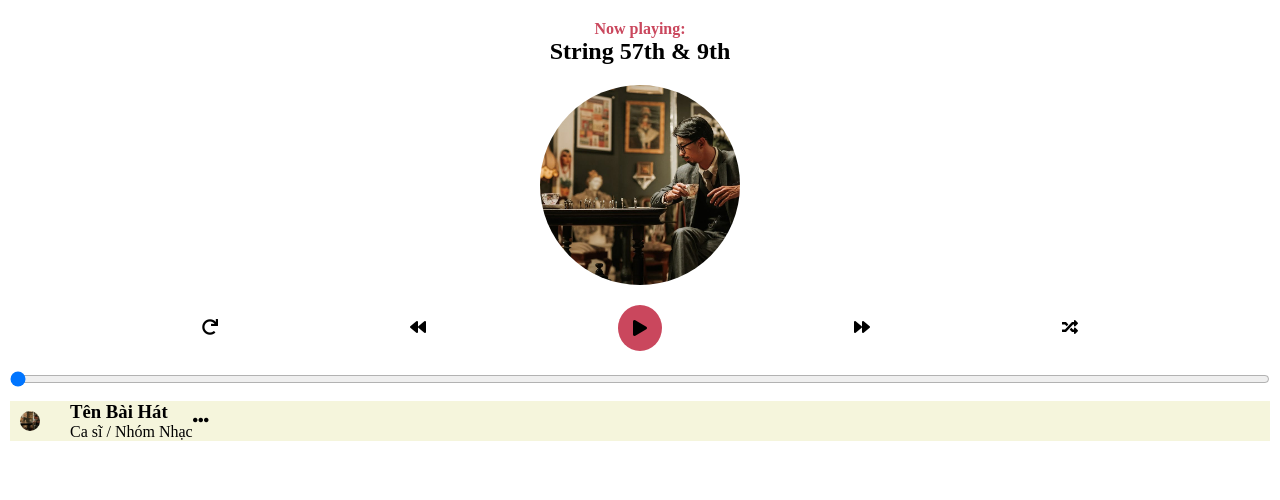
Repository: dovanthao2404/AppMusicPlayer
Page: index.html
An editor plug-in stored every save of this project. The page is shown before and after the next save, followed by the edit.
The browser window is 1280 px wide. The pictures show the whole page.

Above is the page before, as saved 2021-06-28 02:31:15.

After the next save:
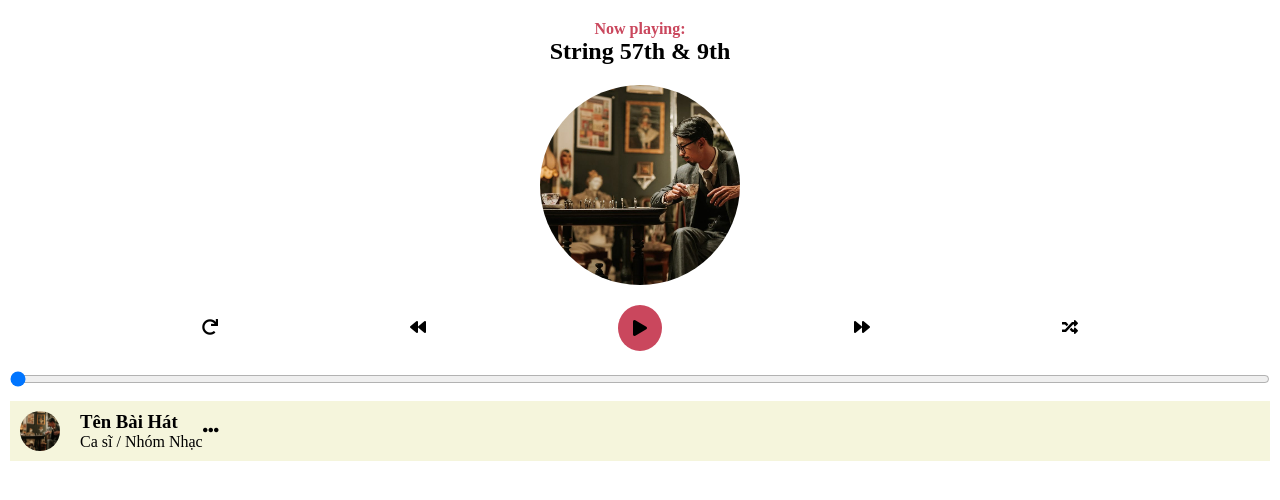
Saved 8 s later.
--- a/css/app.css
+++ b/css/app.css
@@ -55,9 +55,9 @@ header h4 {
   background-color: beige;
   display: flex;
   align-items: center;
+  padding: 10px;
 }
 .song .thumb {
-  padding: 10px;
   width: 40px;
   height: 40px;
 }
